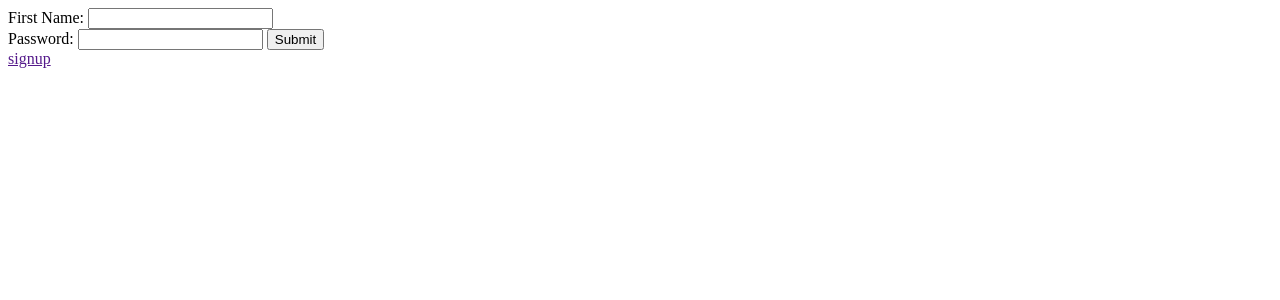
Repository: Slyadavkir/wipro-projects
Page: http://localhost/SpringMvc1/hello
These files come from the project's save history. The page is drawn as it stood at one moment and after the next save; the edit follows.
The browser window is 1280 px wide. The pictures show the whole page.
The page is served by Tomcat 9.

Above is the page before, as saved 2026-05-08 04:22:48.

After the next save:
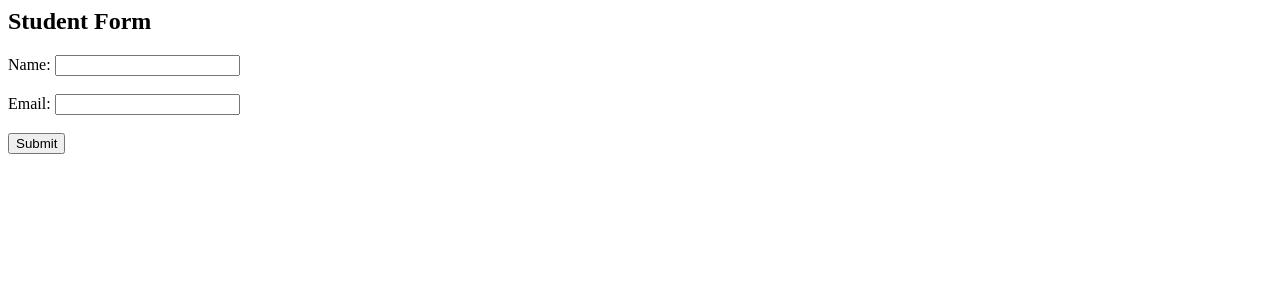
Saved 4 min 25 s later.
--- a/SpringMvc1/src/main/webapp/WEB-INF/views/First.jsp
+++ b/SpringMvc1/src/main/webapp/WEB-INF/views/First.jsp
@@ -1,18 +1,24 @@
-<!DOCTYPE html>
 <html>
 <head>
-<meta charset="ISO-8859-1">
-<title>Insert title here</title>
+    <title>Student Form</title>
 </head>
 <body>
-      <form action = "Login" method = "POST">
-         First Name: <input type = "text"  name="username">
-         <br />
-         Password: <input type = "text" name = "password" />
-         <input type = "submit" value = "Submit" />
-      </form>
-   </body>
 
-   <a href="">signup</a>
+<h2>Student Form</h2>
 
+<form action="addStudent" method="post">
+
+    Name:
+    <input type="text" name="name"/>
+    <br><br>
+
+    Email:
+    <input type="text" name="email"/>
+    <br><br>
+
+    <input type="submit" value="Submit"/>
+
+</form>
+
+</body>
 </html>
